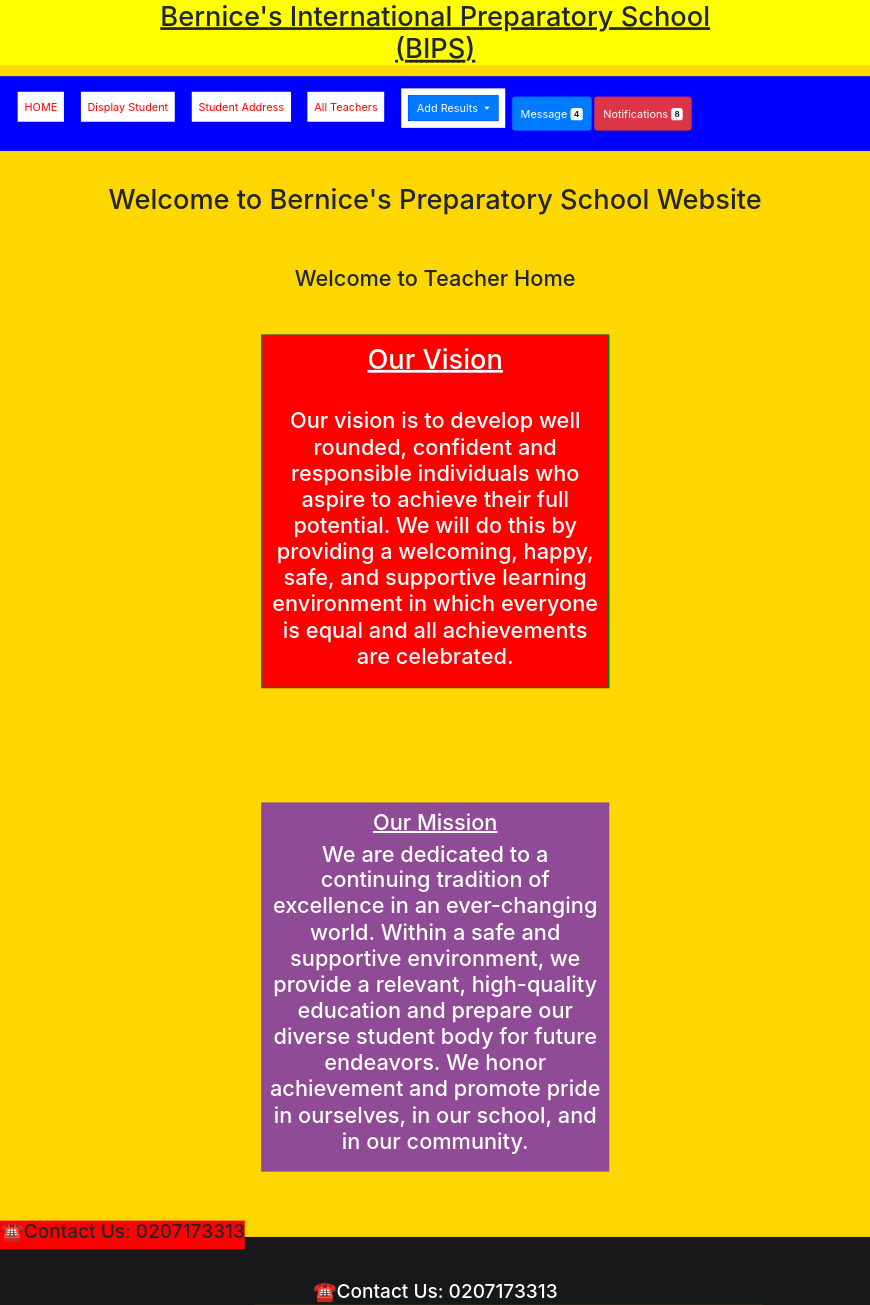
Repository: joseackah/eclipse-workspace
Page: http://localhost/com.school.mgt.system.Front.End/WEB-INF/views/teacherHome.jsp
These files come from the project's save history. The page is drawn as it stood at one moment and after the next save; the edit follows.
The browser window is 1280 px wide. The pictures show the whole page, at 68% of full size.
The page is served by Tomcat 9. Nobody is signed in. Other server files are loaded and not shown. The template is opened directly, without the code that normally fills it, so the values that code supplies are empty.

Above is the page before, as saved 2021-08-14 21:30:21.

### com.school.mgt.system.Front.End/src/main/webapp/WEB-INF/views/teacherHome.jsp
<%@ page language="java" contentType="text/html; charset=ISO-8859-1"
    pageEncoding="ISO-8859-1"%>
<!DOCTYPE html>
<html>
<head>
<style type="text/css">

a:link{
color: red;
}
a:visited{
color: green;
}
li:hover{
background-color: green;
transition: 5s;
color: red;
}
.article{
padding: 2em;
color: white;
animation: mymove 5s infinite;
position: relative;
}
@keyframes mymove{
from{background-color: red;
}
to{background-color: blue;
}
}
h3:before{
content: '\260E';}

.aside{
padding: 2em;
color: white;
position: relative;
animation-name: myaside;
animation: myaside 6s infinite;
}
@keyframes myaside{
from{background-color: green;}
to {background-color: rgb(145,74,152);}
}
</style>

<link href="${pageContext.request.contextPath}/resources/index.css"
	rel="stylesheet">
<meta charset="ISO-8859-1">
<meta name="viewport" content="width=device-width, initial-scale=1">
  <link rel="stylesheet" href="https://maxcdn.bootstrapcdn.com/bootstrap/4.5.2/css/bootstrap.min.css">
  <script src="https://ajax.googleapis.com/ajax/libs/jquery/3.5.1/jquery.min.js"></script>
  <script src="https://cdnjs.cloudflare.com/ajax/libs/popper.js/1.16.0/umd/popper.min.js"></script>
  <script src="https://maxcdn.bootstrapcdn.com/bootstrap/4.5.2/js/bootstrap.min.js"></script>
  <style type="text/css">
  .footer {
background-color: rgb(23, 24, 26);
height: 100px;
padding: 10px;
padding-top: 4em;
color: white;
align-content: center;</style>
<title>TEACHER HOME</title>
</head>
<body style="background-color:gold;">
 <div id='firstHeader' class='firstHeader' name='firstHeader'>

        <h1 style="text-align:center"><ins>Bernice's International Preparatory School <p>(<abbr title="Bernice's International Preparatory School">BIPS</abbr>)</p></ins></h1>
    </div>
    <nav class="navbar navbar-expand-sm bg-blue navbar-blue" style="background-color: blue; content-display: flex-end;">
        <ul>
            <li><a href="${pageContext.request.contextPath}/general/homePage">HOME</a></li>

            <li><a href="${pageContext.request.contextPath}/schoolStudents/displayStudents">Display Student</a></li>

            <li><a href="${pageContext.request.contextPath}/studentAddress/displayStudentAddress">Student Address</a></li>

            <li><a href="${pageContext.request.contextPath}/schoolTeachers/displayTeachers">All Teachers</a></li>

           <li>
           <div class="dropdown" style="background-color:blue;">

  <button type="button" class="btn btn-primary dropdown-toggle" data-toggle="dropdown" >
    Add Results
  </button>
  <div class="dropdown-menu">
    <a class="dropdown-item" href="${pageContext.request.contextPath}/lowerPrimary/saveResults">Primary One</a>
    <a class="dropdown-item" href="#">Primary Two</a>
    <a class="dropdown-item" href="#">Primary Three</a>
    <a class="dropdown-item" href="#">Primary Four</a>
    <a class="dropdown-item" href="#">Primary Five</a>
    <a class="dropdown-item" href="#">Primary Six</a>
    <a class="dropdown-item" href="#">JHS One</a>
    <a class="dropdown-item" href="#">JHS Two</a>
    <a class="dropdown-item" href="#">JHS Three</a>
  </div>
</div>
      </li>

        </ul>

        <div class="">
        <div>
        <button type="button" class="btn btn-primary" style="margin-right: em; height: 50px">Message <span class="badge badge-light">4</span></button>
        <button type="button" class="btn btn-danger" style="margin-right: em; height: 50px">Notifications <span class="badge badge-light">8</span></button>
        </div>


	</div>
    </nav>

<br/>
<br />
<h1 style='text-align: center;'>Welcome to Bernice's Preparatory School Website</h1>
<br/> <br/>
 <p style="text-align:center"> <h2 style="text-align:center" > Welcome to Teacher Home </h2> </p> <br /> <br />

 <section style="display:flex-center; width:100%; text-align:center;">
 <article class="article" style="display:;display:inline-block; width:40%; border: 2px solid green; background-color:red;">
  <header style="display:center;"> <h1 style="text-align:center;"> <ins> Our Vision</ins></h1> <br/>
   <p><h2>Our vision is to develop well rounded, confident and responsible individuals who aspire to achieve their full potential. We will do this by providing a welcoming, happy, safe, and supportive learning environment in which everyone is equal and all achievements are celebrated. </h2></p>
</header>
</article><br /> <br /><br /> <br /><br /> <br /><br /> <br />
<aside class="aside" style="display:inline-block; width:40%; background-color:green;  height: 50%;" >
<article >

<header> <h2> <ins> Our Mission</ins></h2></header>
<h2><p> We are dedicated to a continuing tradition of excellence in an ever-changing world. Within a safe and supportive environment, we provide a relevant, high-quality education and prepare our diverse student body for future endeavors. We honor achievement and promote pride in ourselves, in our school, and in our community. </p></h2>
</article>
</aside>
</section>
<br /> <br/> <br/>
<div id="mainFooter" style="background-color:red; position:absolute; right: 20;">
<footer id="mainFooter"  style="">
<h3 style="display:bottom; ">Contact Us: 0207173313</h3>

</footer>
</div> <br>

<footer class="footer"  >
<h3 style="text-align: center;">Contact Us: 0207173313</h3>

</footer>
${count}
</body>
</html>

### com.school.mgt.system.Front.End/src/main/webapp/resources/index.css
* {
    padding: 0px;
    margin: 0px;
}

.body{

	background-color:brown;
}

nav {
    /*display: flex;*/
    /*display: inline-block;*/
    align-items: center;
    align-content: center;
    width: 100%;
    border: 4px;
    background-color: blue;
}

nav li {
    display: inline-block;
    padding: 10px;
    margin: 10px;
    background-color: white;
    /*align-content: center;*/
    text-align: center;
}

#searchForm {
    float: right;
    height: 50px;
    width: 20%;
}

#input {
    align-content: flex-end;
    float: right;
    height: 40px;
    width: 70%;
    padding: 10px;
    padding-top: 30px;
    padding-bottom: 16px;
    margin: 5px;
}

#navsub {
    float: right;
    margin-top: 10px;
    margin-right: 5px;
    margin-left: 0px;
    padding: 10px;
}

#firstHeader {
    /*display: flex;*/
    /*float: left;*/
    background-color: yellow;
    height: 500%;
}








#his {
    /*display: flex;*/
    text-align: center;
    padding-top: 20px;
}

#p1 {
    padding: 20px;
    margin: 5px;
}

#brief {
    /*display: ;*/
    float: right;
    width: 50%;
    border: 2px;
    padding: 3px;
    padding-left: 3px;
    text-align: center;
    margin: 5px solid black;
    height: 99%;
    background-color: greenyellow;
    /*clear: both;*/
}

#table1 {
    text-align: left;
    align-content: left;
    padding-left: 10px;
    margin: 55px;
}





.footer {
	background-color: blue;

}

.collapsible {
    background-color: rgb(145, 125, 157);
    color: rgb(201, 181, 152);
    cursor: pointer;
    padding: 2px;
    width: 100%;
    border: none;
    text-align: center;
    outline: none;
    font-size: 12px;
}

.active,
.collapsible:hover {
    background-color: rgb(47, 47, 167);
}

.content {
    padding: 18px;
    display: none;
    overflow: hidden;
    background-color: whitesmoke;
}
.aside, .article{
	padding: 10px;
}

.article:hover{
	background-color: blue;
	color: white;
}

.td{
	padding: .5em 2em;
	border-radius: 5em;
}
nav li:hover{
	background-color:red;

}

After the next save:
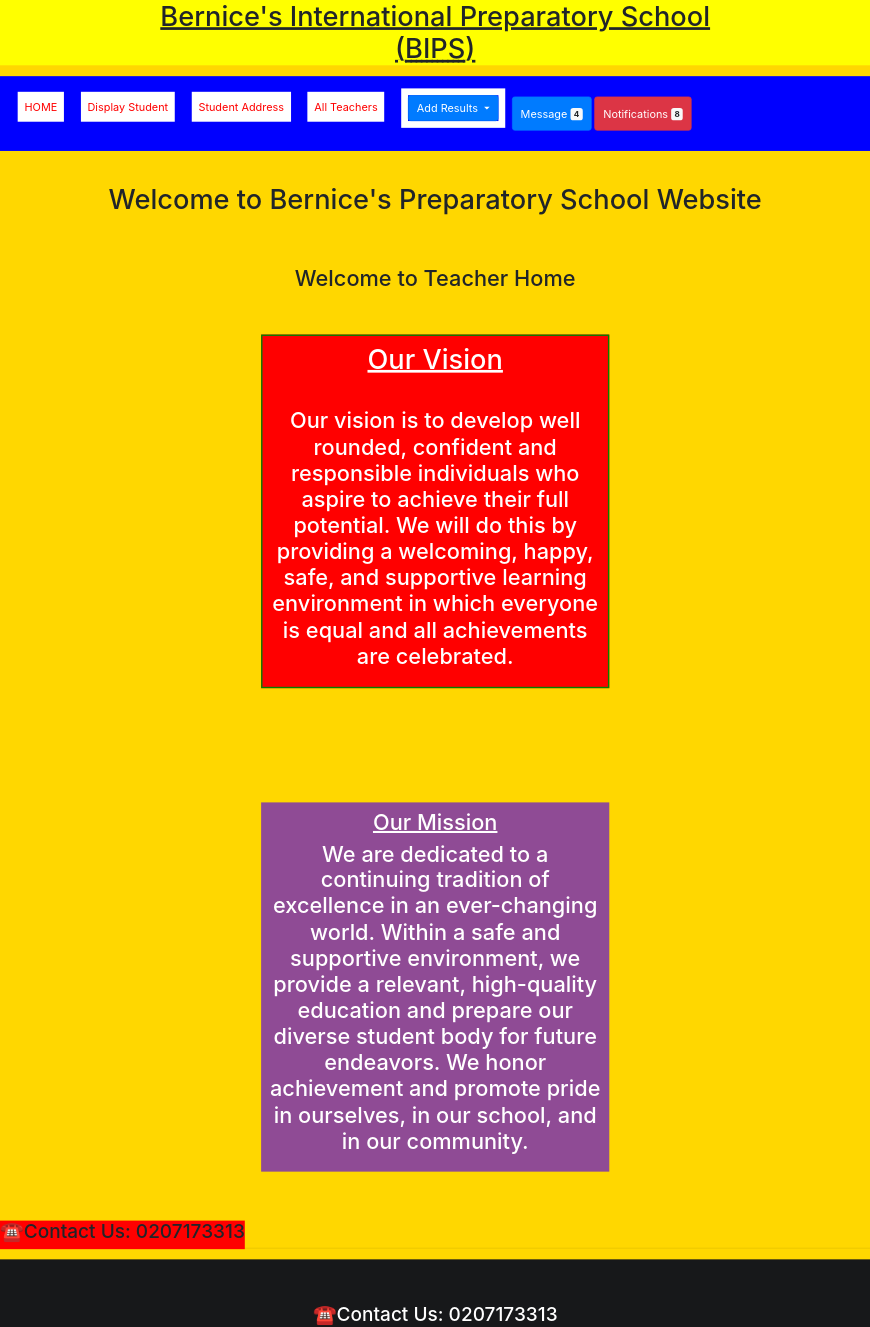
Saved 17 s later.
--- a/com.school.mgt.system.Front.End/src/main/webapp/WEB-INF/views/teacherHome.jsp
+++ b/com.school.mgt.system.Front.End/src/main/webapp/WEB-INF/views/teacherHome.jsp
@@ -135,7 +135,7 @@ align-content: center;</style>
 <h3 style="display:bottom; ">Contact Us: 0207173313</h3>
 
 </footer>
-</div> <br>
+</div> <br> <hr>
 
 <footer class="footer"  >
 <h3 style="text-align: center;">Contact Us: 0207173313</h3>
